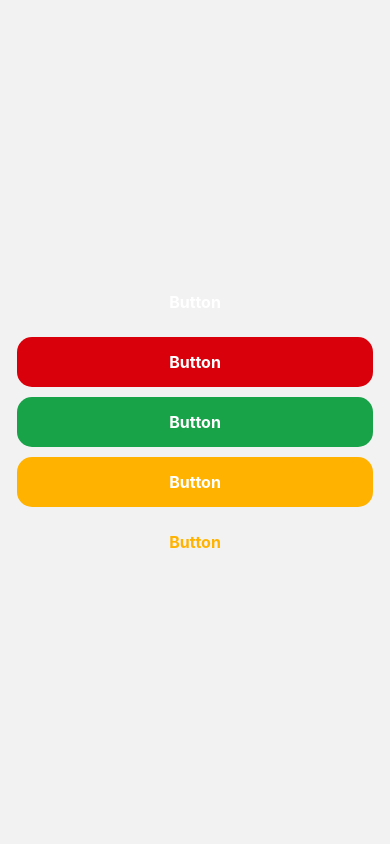
Repository: hungdomanh95/setuptheme
Screen: /
The author's editor kept a copy of each file at every save. The screen is drawn from the files as they stood at one save, then again after the next save.
The app was drawn by React Native's web renderer in a window 390 px wide. The project was rebuilt for these pictures with package versions that can differ from the ones it lists, and the page was loaded fresh each time. Also part of the build but not shown: src/components/Fade/index.js, src/components/Slide/index.js.

Above is the screen before, as saved 2022-05-17 11:18:52.

After the next save:
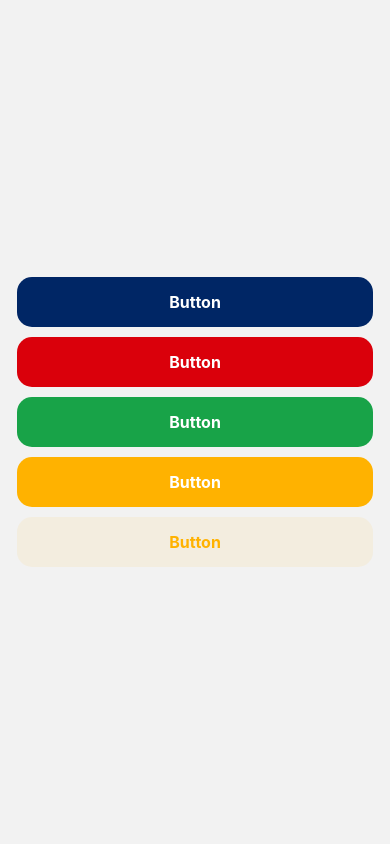
Saved 56 s later.
--- a/src/components/RNButton/index.js
+++ b/src/components/RNButton/index.js
@@ -10,6 +10,7 @@ const RNButton = props => {
     if(type === "success") colorBtn = COLOR.green
     else if(type === "warning") colorBtn = COLOR.neural
     else if(type === "danger") colorBtn = COLOR.red
+    else if(props.color) colorBtn = props.color
     return colorBtn
   }
   const styles = styleWithProps(props,colorBTN());
